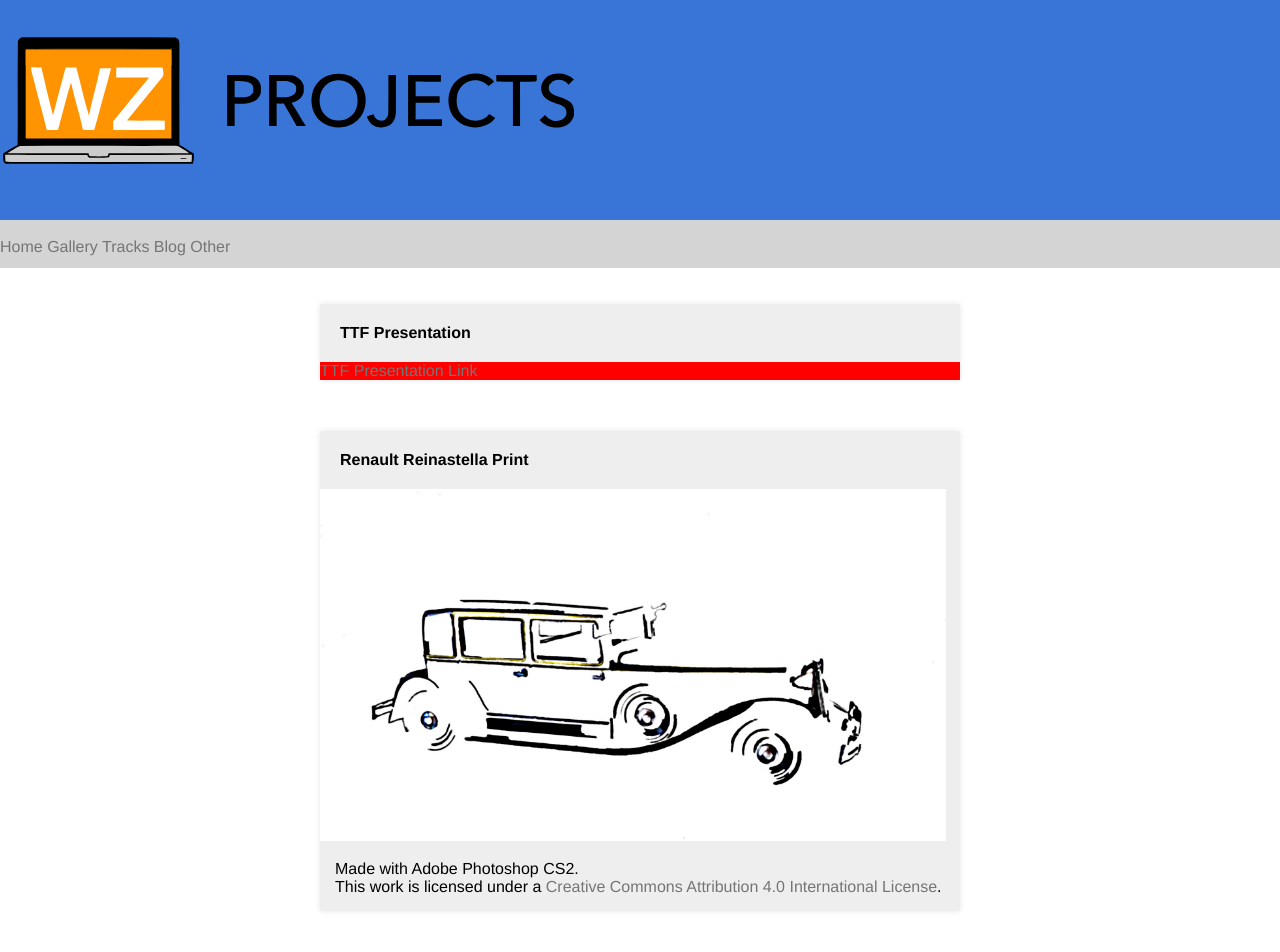
Repository: willzhang05/willzhang05.github.io-old
Page: newmenu.html
The author's editor kept a record of every edit. The page is drawn from the files as they stood at one moment, then again after the next edit.
The browser window is 1280 px wide. The pictures show the part of the page from y = 0 to 952 px (the page is 2480 px tall).

Above is the page before.

### newmenu.html
<!DOCTYPE html>
<html>
	<script type="text/javascript">
		function toggleMenu(){
			var body = document.body,
	        mask = document.createElement("div"),
	        toggleSlideLeft = document.querySelector( "slideLeft" ),
	        activeNav;
	    	mask.className = "mask";
	    	toggleSlideLeft.addEventListener( "click", function(){
	        	document.body.appendChild(mask);
	        	activeNav = "sml-open";
	    	} );
		}
	</script>
	<head>
		<meta property="og:image" content="images/WZProjectslogo-vector.svg"/>
		<meta property="og:image:secure_url" content="images/WZProjectslogo-vector.svg"/>
		<meta charset="UTF-8">
		<meta name="description" content="William Zhang Projects">
		<meta name="author" content="William Zhang">

		<link rel="icon" type="image/png" href="https://www.blogger.com/favicon-image.g?blogID=6274754737357801226">
		<link rel="stylesheet" href="main-style.css">
		<link rel="import" href="bower_components/polymer/polymer.html">
		<link rel="import" href="bower_components/paper-ripple/paper-ripple.html">
		<link rel="import" href="bower_components/core-icons/core-icons.html">
		<link rel="import" href="bower_components/font-roboto/roboto.html">
		<link rel="import" href="bower_components/paper-menu-button/paper-menu-button.html">
		<link rel="import" href="bower_components/paper-dropdown/paper-dropdown.html">
		<link rel="import" href="bower_components/paper-elements/paper-elements.html">
		<link rel="import" href="bower_components/core-menu/core-menu.html">
		<link rel="import" href="bower_components/core-dropdown-menu/core-dropdown-menu.html">
		<link rel="import" href="bower_components/paper-shadow/paper-shadow.html">
	</head>
	<title>
		Home - WZProjects
	</title>
	<body>
		<div id="wrapper">
			<div id="header-wrapper">
				<div id="header-banner">
					<a href="http://willzhang05.github.io">
						<img src="images/WZProjectslogo-vector.svg" width="640" height="200" alt="WZProjects"/>
					</a>
				</div>
				<paper-shadow>
					<div id="header-navbar">
						<paper-menu-button>
							<paper-icon-button style="margin:4px;" icon="menu" role="button" tabindex="0" aria-label="menu" onclick="toggleMenu">
								<paper-ripple></paper-ripple>
							</paper-icon-button>
							<paper-shadow z="1">
								<nav class="menu slideLeft">
									<paper-item>
										<a class="links" href="http://willzhang05.github.io">
											Home
										</a>
									</paper-item>
									<paper-item>
										<a class="links" href="gallery.html">
											Gallery
										</a>
									</paper-item>
									<paper-item>
										<a class="links" href="tracks.html">
											Tracks
										</a>
									</paper-item>
									<paper-item>
										<a class="links" href="http://thewiztechblog.blogspot.com/">
											Blog
										</a>
									</paper-item>
									<paper-item>
										<a class="links" href="other.html">
											Other
										</a>
									</paper-item>
								</nav>
							</paper-shadow>
						</paper-menu-button>
					</div>
				</paper-shadow>
			</div>
			<!--<paper-shadow class="shadow" z="0" animated>-->
			<div id="content">
				<paper-shadow z="1">
					<div class="card">
						<h1>TTF Presentation</h1>
						<div style="background-color:red; border:none;">
							<a class="source" href="http://willzhang05.github.io/bower_components/impress.js/">
								<paper-item>
									TTF Presentation Link
								</paper-item>
							</a>
						</div>
					</div>
				</paper-shadow>
				<paper-shadow z="1">
					<div class="card">
						<h1>Renault Reinastella Print</h1>
						<div class="image">
							<img src="images/renault-reinastella-print-optimized.jpg" width="97.8%" height="55%" alt="Renault Reinastella Print"/>
						</div>
						<div class="description">
							<span>
								Made with Adobe Photoshop CS2.
								<br />
								This work is licensed under a
								<a class="source" rel="license" href="http://creativecommons.org/licenses/by/4.0/" target="_blank">Creative Commons Attribution 4.0 International License</a>.
							</span>
						</div>
					</div>
				</paper-shadow>
				<paper-shadow z="1">
					<div class="card">
						<h1>Saints Row IV Gameplay</h1>
						<div class="video">
							<iframe width="100%" height="360px" style="border:none;" src="https://www.youtube.com/embed/M_jKscIiPVo?rel=0&fs=1" webkitallowfullscreen mozallowfullscreen allowfullscreen>
							</iframe>
						</div>
						<div class="description">
							<span>
								Professor Genki's Mind Over Murder, a minigame within Saints Row IV.
							</span>
						</div>
					</div>
				</paper-shadow>
				<paper-shadow z="1">
					<div class="card">
						<h1>BeamNG.drive Gameplay</h1>
						<div class="video">
							<iframe width="100%" height="360px" style="border:none;" src="https://www.youtube.com/embed/0Np-dQfyBwY?rel=0&fs=1" webkitallowfullscreen mozallowfullscreen allowfullscreen>
							</iframe>
						</div>
						<div class="description">
							<span>This game is still in early development. Visit the website here:
								<a class="source" href="http://beamng.com/" target="_blank">BeamNG.drive</a>.
							</span>
						</div>
					</div>
				</paper-shadow>
				<paper-shadow z="1">
					<div class="card">
						<paper-item>
							<canvas id="myCanvas" class="test">
							</canvas>
							<script>

							</script>
						</paper-item>
					</div>
				</paper-shadow>
			</div>
			<paper-shadow>
				<div id="footer">
					<paper-shadow z="1">
						<div class="categories">
							<paper-item style="width:20%; float:left; text-align:center;">
								<a class="links" href="http://willzhang05.github.io">
									Home
								</a>
							</paper-item>
							<paper-item style="width:20%; float:left; text-align:center;">
								<a class="links" href="gallery.html">
									Gallery
								</a>
							</paper-item>
							<paper-item style="width:20%; float:left; text-align:center;">
								<a class="links" href="tracks.html">
									Tracks
								</a>
							</paper-item>
							<paper-item style="width:20%; float:left; text-align:center;">
								<a class="links" href="http://thewiztechblog.blogspot.com">
									Blog
								</a>
							</paper-item>
							<paper-item style="width:20%; float:left; text-align:center;">
								<a class="links" href="other.html">
									Other
								</a>
							</paper-item>
						</div>
					</paper-shadow>
					<paper-shadow z="1">
						<div class="attribution">
							<br/>
							<span style="margin-left:15px; display:inline-block;">
								Polymer Web Components used under the
								<a class="source" href="http://polymer.github.io/LICENSE.txt" target="_blank">BSD license</a>.
								Material Design components available here:
								<a class="source" href="http://www.polymer-project.org/" target="_blank">Polymer Project</a>.
							</span>
						</div>
					</paper-shadow>
				</div>
			</div>
		</paper-shadow>
	</body>
</html>

### main-style.css
/*http://meyerweb.com/eric/tools/css/reset/*/

html, body, div, span, applet, object, iframe,
h2, h3, h4, h5, h6, p, blockquote, pre,
a, abbr, acronym, address, big, cite, code,
del, dfn, em, img, ins, kbd, q, s, samp,
small, strike, strong, sub, sup, tt, var,
b, u, i, center,
dl, dt, dd, ol, ul, li,
fieldset, form, label, legend,
table, caption, tbody, tfoot, thead, tr, th, td,
article, aside, canvas, details, embed,
figure, figcaption, footer, header, hgroup,
menu, nav, output, ruby, section, summary,
time, mark, audio, video {
    margin: 0;
    padding: 0;
    border: 0;
    font-size: 100%;
    font: inherit;
    vertical-align: baseline;
}

body {
	width: 100%;
	font-family: RobotoDraft, Helvetica Neue, Helvetica, sans-serif;
	overflow-x: hidden;
	-webkit-user-select: none;
    -moz-user-select: none;
    -ms-user-select: none;
    user-select: none;
    -webkit-tap-highlight-color: rgba(0,0,0,0);
    -webkit-touch-callout: none;
}

a {
	color: #757575;
	text-decoration: none;
	-webkit-transition: all 0.2s ease;
  	-moz-transition: all 0.2s ease;
  	-ms-transition: all 0.2s ease;
  	-o-transition: all 0.2s ease;
   	transition: all 0.2s ease;
}

h1 {
	font-size: 16px;
	margin: 5px;
}

/*begin menu testing*/

#wrapper {
	min-height: 100%;
	position: relative;
    z-index: 10;
    top: 0;
    left: 0;
    -webkit-transition: all 0.3s;
    -moz-transition: all 0.3s;
    -ms-transition: all 0.3s;
    -o-transition: all 0.3s;
    transition: all 0.3s;
}

#header-wrapper {
	height:268px;
	/*background:linear-gradient(#FF6D00, rgb(57,117,215));*/
}

#header-banner {
	width: 100%;
	height: 220px;
	float: left;
	clear: both;
	background-color: rgb(57,117,215);
}

#header-navbar {
	width: 100%;
	height: 48px;
	clear: both;
	background-color:#D4D4D4 /*#1976D2*/;
	/*-webkit-box-shadow: 0 0 6px rgba(0,0,0,0.1);
	box-shadow: 0 0 6px rgba(0,0,0,0.1);*/
}

#content {
	overflow: hidden;
	padding-top: 10px;
   	padding-bottom: 148px;
}


#footer {
	width: 100%;
	height: 148px;
	clear: both;
	bottom: 0;
	left: 0;
}


.mask {
    position: fixed;
    top: 0;
    left: 0;
    z-index: 15;
    width: 100%;
    height: 100%;
}

nav.slideLeft {
    top: 0;
    width: 300px;
    height: 100%;
}

nav.slideLeft {
    left: -300px;
}

body.sml-open nav.slideLeft {
    left: 0;
}

/*end menu testing*/

.clearleft{
	clear:left;
}


.sidebar {
	height: 500px;
	float: left;
	margin-bottom: 0px;
	background-color: #EEEEEE;
	/*-webkit-box-shadow: 0 0 6px rgba(0,0,0,0.1);
	box-shadow: 0 0 6px rgba(0,0,0,0.1);*/
	overflow-y: auto;
	position: relative;
}

.links {
	-webkit-transition: all 0.2s ease;
  	-moz-transition: all 0.2s ease;
  	-ms-transition: all 0.2s ease;
  	-o-transition: all 0.2s ease;
   	transition: all 0.2s ease;
}

.links:hover {
	color: black;
	font-weight: bold;
}

.card {
	cursor: pointer;
	width: 50%;
	margin-top: 2%;
	margin-bottom: 2%;
	margin-left: 25%;
	float: left;
	background-color: #EEEEEE;
	-webkit-box-shadow: 0 0 6px rgba(0,0,0,0.1);
	box-shadow: 0 0 6px rgba(0,0,0,0.1);
	-webkit-transition: all 0.3s ease;
  	-moz-transition: all 0.3s ease;
  	-ms-transition: all 0.3s ease;
  	-o-transition: all 0.3s ease;
   	transition: all 0.3s ease;

}

.card > h1 {
	padding: 15px;
}

.card:hover {
	box-shadow: 0 2px 10px 0 rgba(0, 0, 0, 0.16), 0 2px 5px 0 rgba(0, 0, 0, 0.26);
}

.card:active {
	margin-top: 1.75%;
	margin-bottom: 2.25%;
}

.card .description {
	padding: 15px;
}

.card .image, .video,  {
	padding-left: 17.5%;
	padding-right: 17.5%;
	border:none;
}

.card .music {
	padding-left: 17.5%;
	padding-right: 17.5%;
	border:none;
}

.shadow {
	z-index: 0;
}

.shadow:active {
	z-index: 2;
}

.categories {
	width: 100%;
	height: 48px;
	overflow: hidden;
	background-color: #D4D4D4;
	/*-webkit-box-shadow: 0 0 6px rgba(0,0,0,0.1);
	box-shadow: 0 0 6px rgba(0,0,0,0.1);*/
	/*position:fixed;
	top:95%;*/
}

.attribution {
	width: 100%;
	height: 100px;
	background-color: #424242; /*Meaning of life 3x*/
	color: #EEEEEE;
	text-align: center;
}

.source:hover {
	color: black;
	text-decoration: underline;
}

.test {
	color: black;
	/*Test ideas here*/
}

.gallery {
	margin: auto;
}

After the next edit:
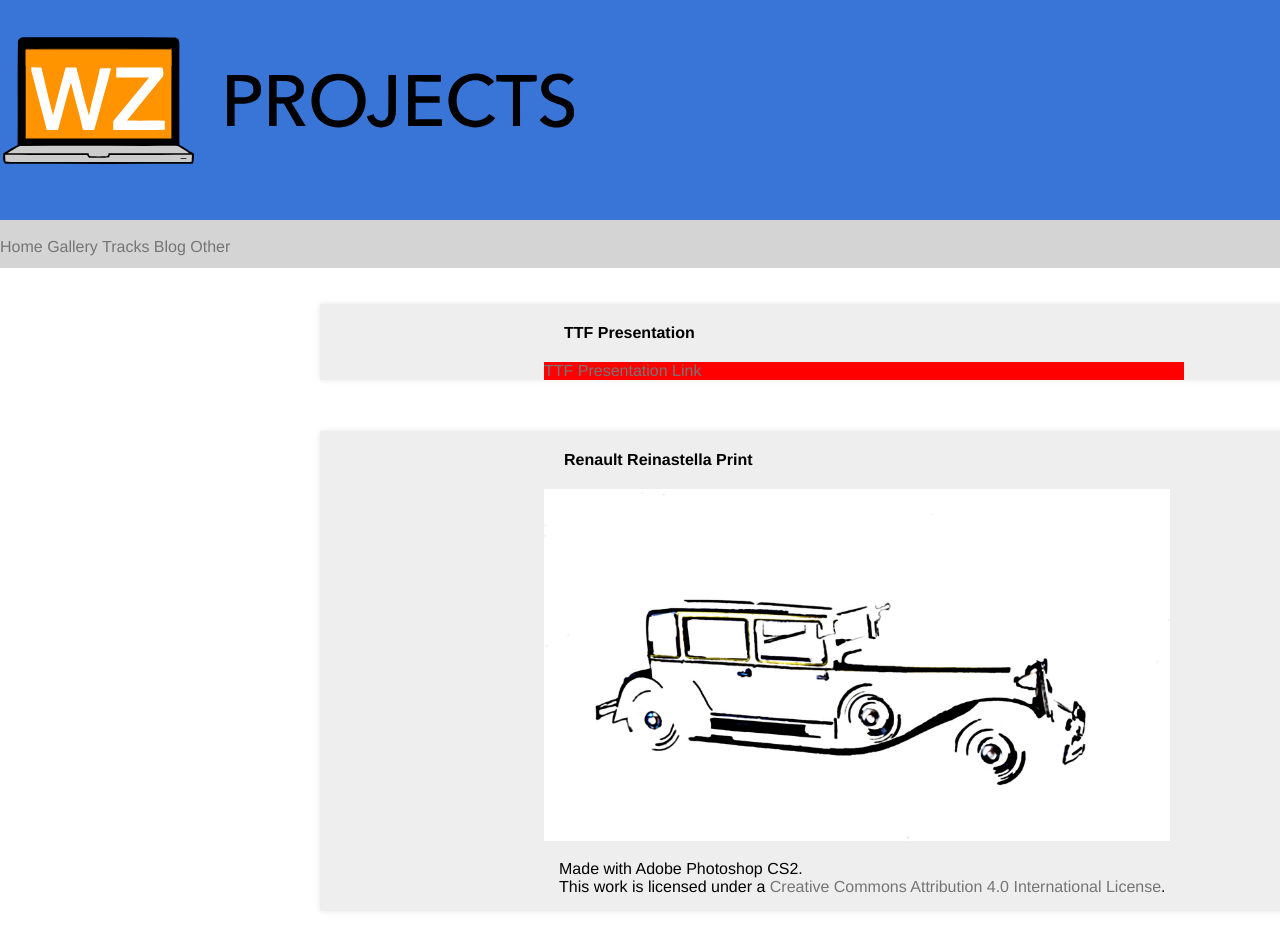
The edit:
--- a/main-style.css
+++ b/main-style.css
@@ -196,7 +196,7 @@
 	border:none;
 }
 
-.card .music {
+.card  {
 	padding-left: 17.5%;
 	padding-right: 17.5%;
 	border:none;
